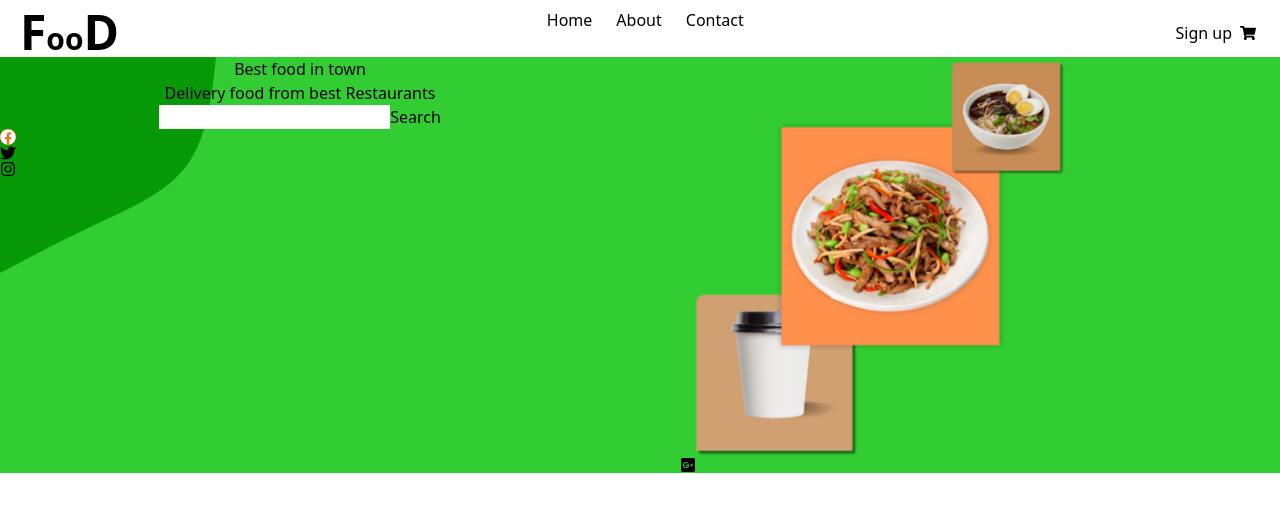
Repository: KhushiCode14/FoodWeb
Page: /
These files come from the project's save history. The page is drawn as it stood at one moment and after the next save; the edit follows.
The browser window is 1280 px wide. The pictures show the whole page.
The project was rebuilt for these pictures with package versions that can differ from the ones it lists, and the page was loaded fresh each time. Also part of the build but not shown: src/components/Home/SignUp.tsx, src/components/Home/SignIn.tsx.

Above is the page before, as saved 2024-09-19 19:18:13.

### src/index.css
@tailwind base;
@tailwind components;
@tailwind utilities;

.bgBack{
  background-image: url(../src/components/images/background.svg);
}

### src/App.tsx
import { Route, BrowserRouter as Router, Routes ,  } from 'react-router-dom';
import './App.css';
import Navbar from './Pages/Navbar';
import Home from './Pages/Home';
import SignUp from './components/Home/SignUp';
import SignIn from './components/Home/SignIn';

function App() {
  return (
    <div className="App">
      <Router>
        <Navbar/>
      <Routes>
        <Route  path="/" element={<Home/>} />
        <Route  path="/signUp" element={<SignUp/>} />
        <Route  path="/signIn" element={<SignIn/>} />
        {/* <Route  path="/about" element={About} />
        <Route  path="/contact" element={Contact} /> */}
        </Routes>
      </Router>

    </div>
  );
}

export default App;

### src/Pages/Navbar.tsx
import { NavLink } from "react-router-dom"
import { Link } from "react-router-dom"
import { FaShoppingCart } from "react-icons/fa";
import { FaCartPlus } from "react-icons/fa";
import { useState } from "react";
interface nav {
  to: string,
  linkName: string

}
const Navbar: React.FC = () => {
  const [sign, setSign] = useState<string>('Sign up');
  const [cart, setCart] = useState<JSX.Element>(<FaShoppingCart />);
  const navLink: nav[] = [
    { to: "/", linkName: "Home" },
    { to: "/about", linkName: "About" },
    { to: "/contact", linkName: "Contact" },
    // Add more links as needed
  ]
  const handleSign = () => {
    setSign(sign === 'Sign up'? 'Sign in' : 'Sign up');
  }
  const handleCart = () => {
    setCart(prevCart =>
      prevCart.type === FaShoppingCart ? <FaCartPlus /> : <FaShoppingCart />
    );
  };

  return (
    <div className="mx-5  mt-2 flex justify-between">
      <div className="font-bold text-3xl"><h1><span className=" text-5xl">F</span>oo<span className=" text-5xl">D</span></h1></div>
      <div>
        {
          navLink.map((link, index) => (
            <Link key={index} to={link.to} className="mx-3 hover:text-gray-800">
              {link.linkName}
            </Link>
          ))
        }
      </div>
      <div className="flex justify-center items-center">
        <button><NavLink to="/signUp" onClick={handleSign} className="m-1">{sign}</NavLink></button>

        <div onClick={handleCart}className="m-1" >
          {cart}
        </div>



      </div>
    </div>
  )
}

export default Navbar

### src/Pages/Home.tsx

import { FaFacebook, FaGooglePlusSquare, FaInstagram, FaTwitter } from "react-icons/fa"
import food from "../components/images/food.png"
const Home: React.FC = () => {
  return (

    <div className=" flex  gap-20 bgBack ">

      <div className="w-1/2">
        <h3>Best food in town</h3>
        <h1>Delivery food from best Restaurants</h1>
        <div>
          <input type="text"></input>
          <button>Search</button>
          <div >
            <FaFacebook color="white" className="bg-orange-500 rounded-full"/>
            <FaTwitter/>
            <FaInstagram/>
          </div>
        </div>
      </div>
      <div className="w-1/2 items-center justify-center" >
        <img src={food} alt="logo" width={400} />
        <FaGooglePlusSquare/>
      </div>
    </div>
  )
}

export default Home

Loaded but not shown: public/index.html (common file); src/index.tsx (common file); src/reportWebVitals.ts (common file); src/App.css (common file); tailwind.config.js (common file)

After the next save:
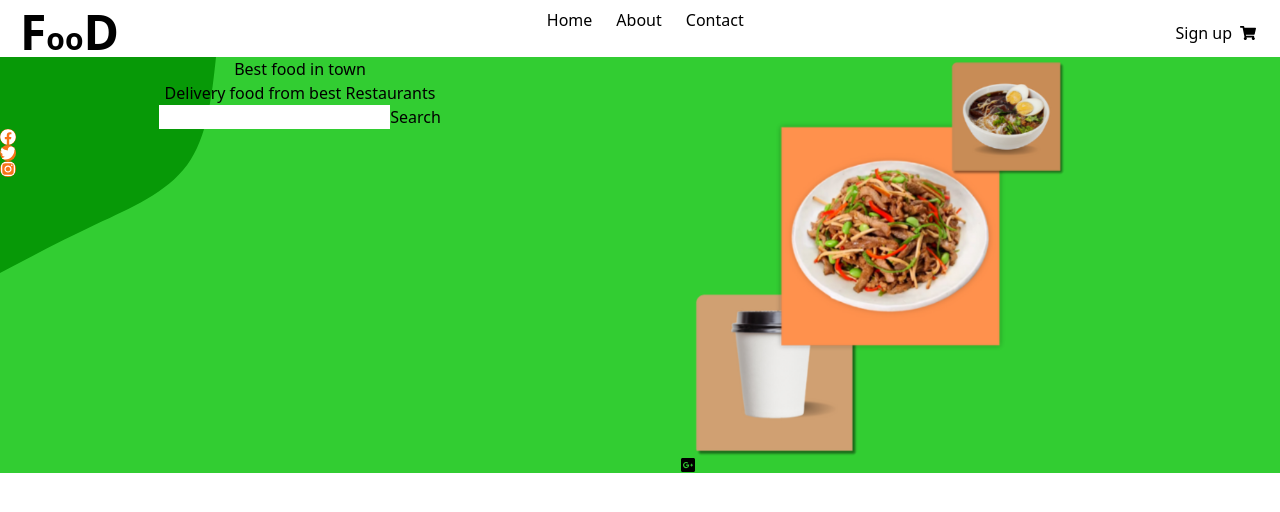
Saved 11 s later.
--- a/src/Pages/Home.tsx
+++ b/src/Pages/Home.tsx
@@ -14,8 +14,8 @@ const Home: React.FC = () => {
           <button>Search</button>
           <div >
             <FaFacebook color="white" className="bg-orange-500 rounded-full"/>
-            <FaTwitter/>
-            <FaInstagram/>
+            <FaTwitter color="white" className="bg-orange-500 rounded-full"/>
+            <FaInstagram color="white" className="bg-orange-500 rounded-full"/>
           </div>
         </div>
       </div>
